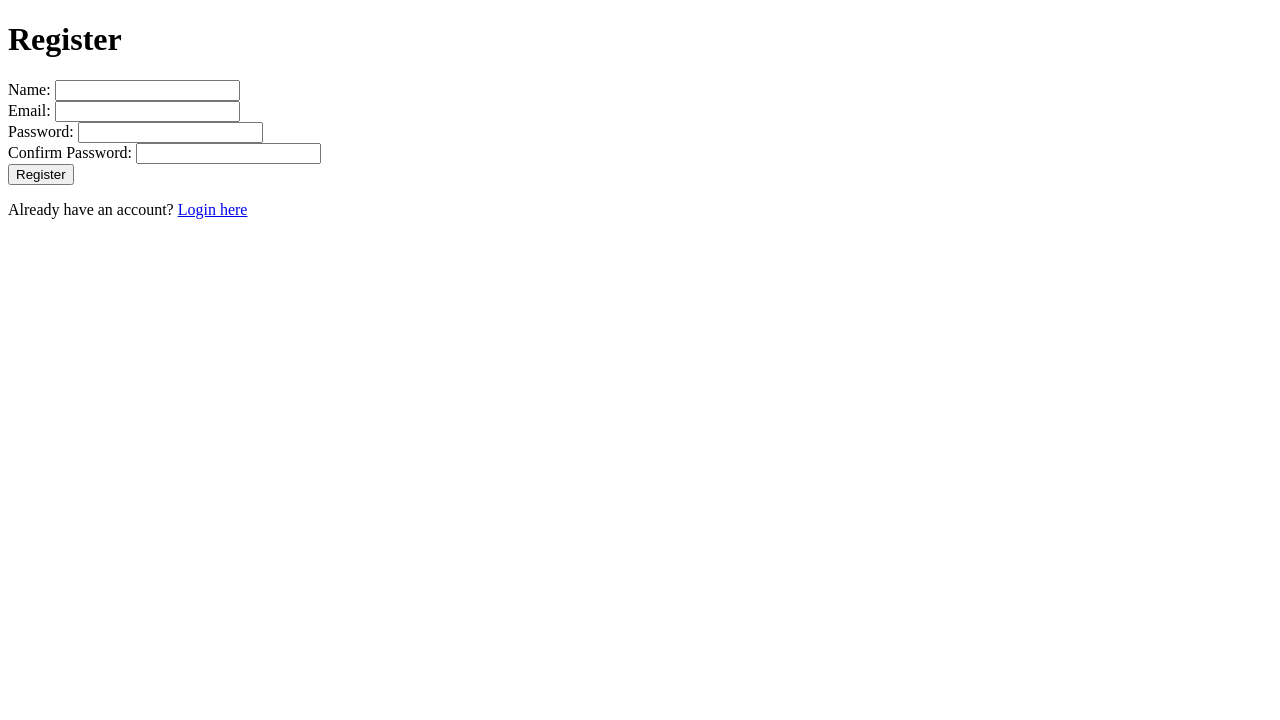
Repository: daffa-alif/team-kobar
Page: http://localhost/register
An editor plug-in stored every save of this project. The page is shown before and after the next save, followed by the edit.
The browser window is 1280 px wide. The pictures show the whole page.
Some web libraries are served in a nearby version. The page is served by the project's Laravel application, run on PHP 8.4 with Laravel 12. Other server files are loaded and not shown.

Above is the page before, as saved 2024-11-21 07:47:53.

### routes/web.php
<?php
use Illuminate\Support\Facades\Route;
use Illuminate\Http\Request;
use Illuminate\Support\Facades\Auth;
use Illuminate\Validation\ValidationException;
use App\Http\Controllers\AuthController;
use App\Http\Controllers\JournalController;
use App\Http\Controllers\ProfileController;

Route::get('/welcome', function () {
    return view('welcome'); // or whatever view you want to return
})->name('welcome');

// Root route: Redirects to login if not authenticated, otherwise goes to welcome
Route::get('/', function () {
    return Auth::check() ? redirect('/welcome') : redirect()->route('login');
});

// Show the login form
Route::get('/login', [AuthController::class, 'showLoginForm'])->name('login');

// Handle the login process
Route::post('/login', [AuthController::class, 'login']);

// Show the registration form
Route::get('/register', [AuthController::class, 'showRegistrationForm'])->name('register');

// Handle the registration process
Route::post('/register', [AuthController::class, 'register']);

// Handle the logout process
Route::post('/logout', [AuthController::class, 'logout'])->name('logout');

// Protected route for welcome page, requires authentication
Route::get('/welcome', function () {
    return view('profile.edit');
})->middleware('auth');

// Show the profile edit form
Route::get('/profile/edit', function () {
    return view('auth.edit'); // Ensure you have a view named 'auth.edit'
})->middleware('auth')->name('profile.edit');

// Handle the profile update process
Route::put('/profile/update', [AuthController::class, 'update'])->middleware('auth')->name('profile.update');

// Journal routes (protected by authentication)
Route::get('/journal/index', [JournalController::class, 'index'])->middleware('auth')->name('journal.index');
Route::get('/journal/create', [JournalController::class, 'create'])->middleware('auth')->name('journal.create');
// Route untuk halaman edit jurnal
Route::get('/journal/{id}/edit', [JournalController::class, 'edit'])->name('journal.edit');
Route::put('/journal/{id}', [JournalController::class, 'update'])->name('journal.update');
Route::post('/journal/store', [JournalController::class, 'store'])->middleware('auth')->name('journal.store');
Route::get('/journal/{id}', [JournalController::class, 'show'])->name('journal.show');
Route::delete('/journal/{id}', [JournalController::class, 'destroy'])->name('journal.destroy');

Route::middleware('auth')->group(function () {
    // Define the route for viewing the profile page
    Route::get('/profile', [ProfileController::class, 'welcome'])->name('profile.welcome');
});

### app/Http/Controllers/AuthController.php
<?php

namespace App\Http\Controllers;

use App\Models\User;
use Illuminate\Http\Request;
use Illuminate\Support\Facades\Auth;
use Illuminate\Support\Facades\Hash;
use Illuminate\Validation\ValidationException;

class AuthController extends Controller
{
    /**
     * Show the login form.
     */
    public function showLoginForm()
    {
        return view('auth.login'); // Return the login view
    }

    /**
     * Handle the login process.
     */
    public function login(Request $request)
    {
        // Validate input
        $request->validate([
            'email' => 'required|email',
            'password' => 'required',
        ]);

        // Attempt to log in with provided credentials
        if (Auth::attempt($request->only('email', 'password'))) {
            return redirect()->route('profile.welcome');  // Redirect to the profile welcome page
        }

        // If authentication fails, throw a validation error
        throw ValidationException::withMessages([
            'email' => ['The provided credentials are incorrect.'],
        ]);
    }

    /**
     * Show the registration form.
     */
    public function showRegistrationForm()
    {
        return view('auth.register'); // Return the registration view
    }

    /**
     * Handle the registration process.
     */
    public function register(Request $request)
    {
        // Validate registration input
        $request->validate([
            'name' => 'required|string|max:255',
            'email' => 'required|string|email|max:255|unique:users',
            'password' => 'required|string|min:8|confirmed',
        ]);

        // Prepare user data for creation
        $userData = $request->only('name', 'email');
        $userData['password'] = Hash::make($request->password);

        // Handle profile picture upload if available
        if ($request->hasFile('profile_picture')) {
            $userData['profile_picture'] = $request->file('profile_picture')->store('profile_pictures', 'public');
        }

        // Create the user
        User::create($userData);

        // Redirect to login page after registration
        return redirect()->route('login')->with('success', 'Account created successfully! Please log in.');
    }

    /**
     * Handle the logout process.
     */
    public function logout(Request $request)
    {
        Auth::logout(); // Log out the user
        return redirect()->route('login'); // Redirect to the home page after logout
    }

    /**
     * Handle profile update process.
     */
    public function update(Request $request)
    {
        // Validate input
        $request->validate([
            'name' => 'required|string|max:255',
            'email' => 'required|string|email|max:255',
            'profile_picture' => 'nullable|image|mimes:jpg,png,jpeg,gif,svg|max:2048',
            'description' => 'nullable|string|max:500',
        ]);

        $user = Auth::user(); // Get the currently authenticated user

        // Update user data
        $user->name = $request->name;
        $user->email = $request->email;

        // Handle profile picture upload if available
        if ($request->hasFile('profile_picture')) {
            // Delete old profile picture if it exists
            if ($user->profile_picture) {
                \Storage::delete('public/' . $user->profile_picture);
            }
            $user->profile_picture = $request->file('profile_picture')->store('profile_pictures', 'public');
        }

        // Update description if provided
        $user->description = $request->description;
        $user->save(); // Save changes

        // Redirect to profile welcome page after update
        return redirect()->route('profile.welcome')->with('success', 'Profile updated successfully.');
    }
}

### resources/views/Auth/register.blade.php
<!DOCTYPE html>
<html>
<head>
    <title>Register</title>
</head>
<body>
    <h1>Register</h1>
    <form action="{{ route('register') }}" method="POST" enctype="multipart/form-data">
        @csrf
        <div>
            <label>Name:</label>
            <input type="text" name="name" required>
        </div>
        <div>
            <label>Email:</label>
            <input type="email" name="email" required>
        </div>
        <div>
            <label>Password:</label>
            <input type="password" name="password" required>
        </div>
        <div>
            <label>Confirm Password:</label>
            <input type="password" name="password_confirmation" required>
        </div>
        <button type="submit">Register</button>
    </form>
    <p>Already have an account? <a href="{{ route('login') }}">Login here</a></p>
</body>
</html>

Loaded but not shown: app/Http/Controllers/Controller.php (common file)

After the next save:
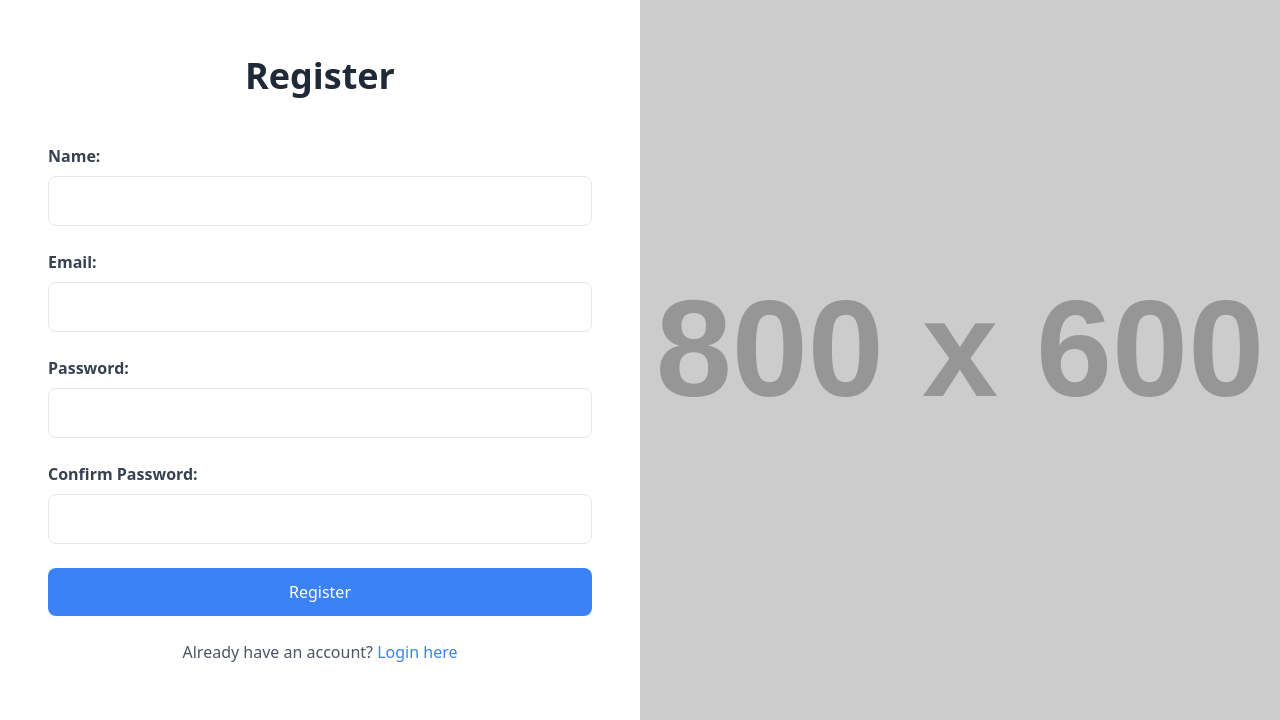
Saved 2 min 1 s later.
--- a/resources/views/Auth/register.blade.php
+++ b/resources/views/Auth/register.blade.php
@@ -1,30 +1,83 @@
 <!DOCTYPE html>
-<html>
+<html lang="en">
 <head>
+    <meta charset="UTF-8">
+    <meta name="viewport" content="width=device-width, initial-scale=1.0">
     <title>Register</title>
+    <!-- Tailwind CSS CDN -->
+    <script src="https://cdn.tailwindcss.com"></script>
+    <style>
+        /* Additional mobile-specific adjustments */
+        @media (max-width: 640px) {
+            .register-image {
+                display: none; /* Hide the image for small screens */
+            }
+            .register-form {
+                width: 100%; /* Full width for mobile */
+                padding: 2rem; /* Add padding for better spacing */
+            }
+        }
+    </style>
 </head>
-<body>
-    <h1>Register</h1>
-    <form action="{{ route('register') }}" method="POST" enctype="multipart/form-data">
-        @csrf
-        <div>
-            <label>Name:</label>
-            <input type="text" name="name" required>
+<body class="bg-gray-100 h-screen flex items-center justify-center">
+    <div class="w-full h-full flex">
+        <!-- Left Side with Register Form -->
+        <div class="register-form w-full md:w-1/2 p-12 flex flex-col justify-center bg-white">
+            <h1 class="text-4xl font-bold text-gray-800 mb-6 text-center">Register</h1>
+            <form action="{{ route('register') }}" method="POST" enctype="multipart/form-data" class="space-y-6">
+                @csrf
+                <div>
+                    <label class="block text-gray-700 font-semibold mb-2">Name:</label>
+                    <input
+                        type="text"
+                        name="name"
+                        required
+                        class="w-full px-4 py-3 border rounded-lg focus:outline-none focus:ring-2 focus:ring-blue-400"
+                    >
+                </div>
+                <div>
+                    <label class="block text-gray-700 font-semibold mb-2">Email:</label>
+                    <input
+                        type="email"
+                        name="email"
+                        required
+                        class="w-full px-4 py-3 border rounded-lg focus:outline-none focus:ring-2 focus:ring-blue-400"
+                    >
+                </div>
+                <div>
+                    <label class="block text-gray-700 font-semibold mb-2">Password:</label>
+                    <input
+                        type="password"
+                        name="password"
+                        required
+                        class="w-full px-4 py-3 border rounded-lg focus:outline-none focus:ring-2 focus:ring-blue-400"
+                    >
+                </div>
+                <div>
+                    <label class="block text-gray-700 font-semibold mb-2">Confirm Password:</label>
+                    <input
+                        type="password"
+                        name="password_confirmation"
+                        required
+                        class="w-full px-4 py-3 border rounded-lg focus:outline-none focus:ring-2 focus:ring-blue-400"
+                    >
+                </div>
+                <button
+                    type="submit"
+                    class="w-full bg-blue-500 text-white py-3 rounded-lg hover:bg-blue-600 transition"
+                >
+                    Register
+                </button>
+            </form>
+            <p class="mt-6 text-center text-gray-600">
+                Already have an account?
+                <a href="{{ route('login') }}" class="text-blue-500 hover:underline">Login here</a>
+            </p>
         </div>
-        <div>
-            <label>Email:</label>
-            <input type="email" name="email" required>
+        <!-- Right Side with Image -->
+        <div class="register-image w-1/2 bg-cover bg-center" style="background-image: url('https://via.placeholder.com/800x600');">
+            <!-- The image will cover the right side and adjust automatically -->
         </div>
-        <div>
-            <label>Password:</label>
-            <input type="password" name="password" required>
-        </div>
-        <div>
-            <label>Confirm Password:</label>
-            <input type="password" name="password_confirmation" required>
-        </div>
-        <button type="submit">Register</button>
-    </form>
-    <p>Already have an account? <a href="{{ route('login') }}">Login here</a></p>
+    </div>
 </body>
 </html>
